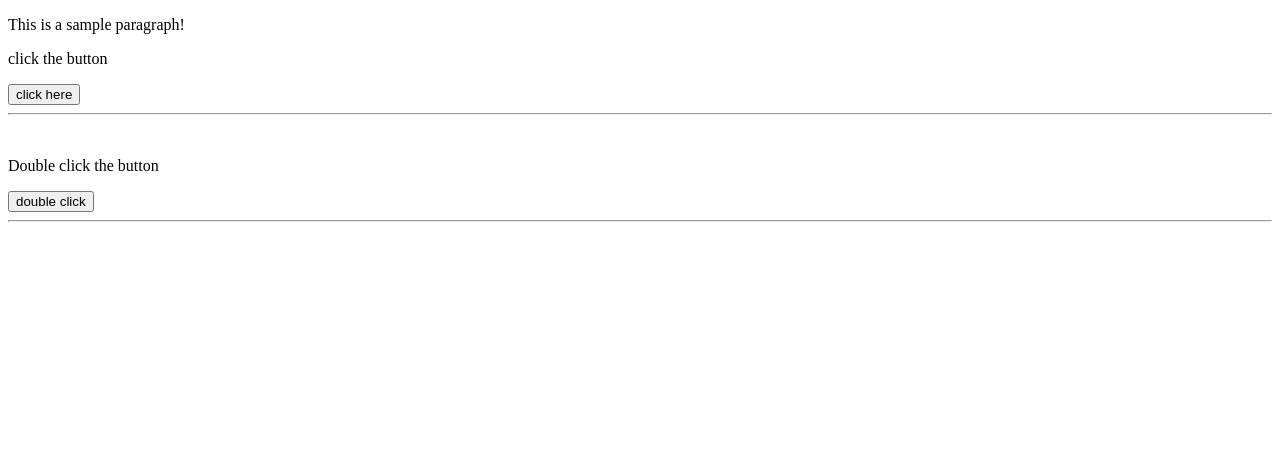
Repository: DhananjayaLakshan/Uom-Web_Design_For_Beginners
Page: Work02/index.html
An editor plug-in stored every save of this project. The page is shown before and after the next save, followed by the edit.
The browser window is 1280 px wide. The pictures show the whole page.

Above is the page before, as saved 2023-11-30 19:34:11.

After the next save:
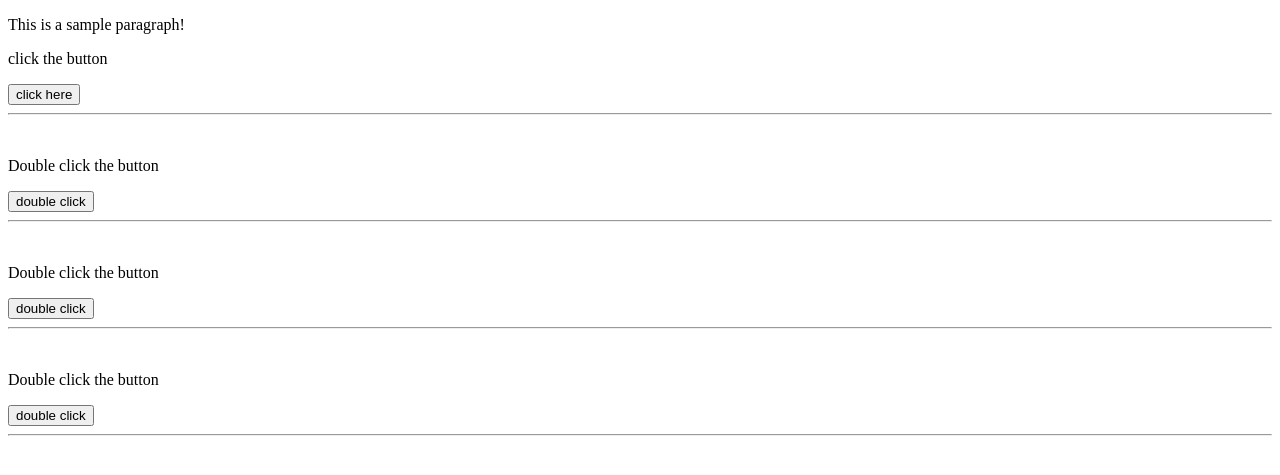
Saved 77 s later.
--- a/Work02/index.html
+++ b/Work02/index.html
@@ -35,6 +35,24 @@
     <button id="btn2">double click</button>
     <br><hr><br>
 
+    <p>Double click  the button</p>
+    <button id="btn2">double click</button>
+    <br><hr><br>
+
+    <p>Double click  the button</p>
+    <button id="btn2">double click</button>
+    <br><hr><br>
+
+    <script>
+
+        $('#btn1').click(function(){
+            $(this).hide();
+        });
+
+
+
+    </script>
+
 
 
 
